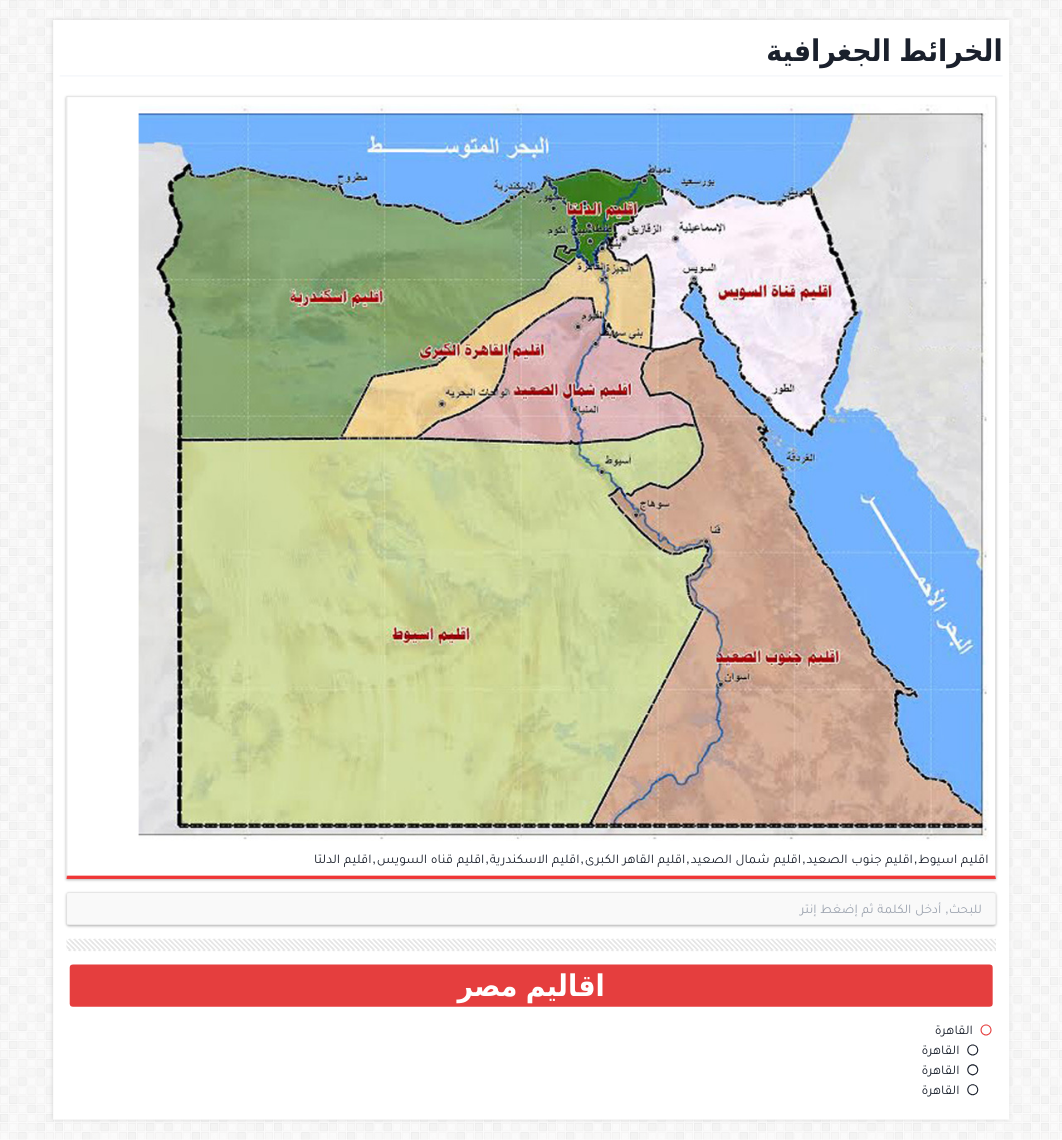
Repository: ahmed-mohamed-eng/egypt-gov-map
Page: /
These files come from the project's save history. The page is drawn as it stood at one moment and after the next save; the edit follows.
The browser window is 1280 px wide. The pictures show the whole page, at 83% of full size.
Some web fonts or font styles are not loaded; a fallback is used. The project was rebuilt for these pictures with package versions that can differ from the ones it lists, and the page was loaded fresh each time. The framework's server and built-in components were replaced by stand-ins that run in the browser. Also part of the build but not shown: next.config.js.

Above is the page before, as saved 2022-05-30 14:30:50.

### pages/_app.tsx
import "../styles/globals.css";

import type { AppProps } from "next/app";

import { ChakraProvider, extendTheme } from "@chakra-ui/react";

const theme = extendTheme({
  fonts: {
    heading: `Arial, Helvetica,"Aref Ruqaa" ,'Segoe UI', Tahoma, Geneva, Verdana, sans-serif`,
  },
});

function MyApp({ Component, pageProps }: AppProps) {
  return (
    <ChakraProvider theme={theme}>
      <Component {...pageProps} />
    </ChakraProvider>
  );
}

export default MyApp;

### pages/_document.tsx
import Document, {
  Html,
  Head,
  Main,
  NextScript,
  DocumentContext,
} from "next/document";

class MyDocument extends Document {
  static async getInitialProps(ctx: DocumentContext) {
    const initialProps = await Document.getInitialProps(ctx);
    return { ...initialProps };
  }

  render() {
    return (
      <Html dir="rtl" lang="ar">
        <Head />
        <body>
          <Main />
          <NextScript />
        </body>
      </Html>
    );
  }
}

export default MyDocument;

### pages/index.tsx
import type { NextPage } from "next";

// Custom Components
import Header from "../components/Header";
import PageContainer from "../components/PageContainer";
import MainContentArea from "../components/MainContentArea";

const Home: NextPage = () => {
  return (
    <PageContainer>
      <Header headerTitle="الخرائط الجغرافية" />
      <MainContentArea />
    </PageContainer>
  );
};

export default Home;

### styles/globals.css
@import url("https://fonts.googleapis.com/css2?family=Amiri:ital,wght@0,700;1,400;1,700&family=Aref+Ruqaa:wght@400;700&family=Tajawal:wght@300;400;500;700;800;900&display=swap");

@tailwind base;
@tailwind components;
@tailwind utilities;

html,
body {
  padding: 0;
  margin: 0;
  font-family: -apple-system, BlinkMacSystemFont, Segoe UI, Roboto, Oxygen,
    Ubuntu, Cantarell, Fira Sans, Droid Sans, Helvetica Neue, sans-serif;
}

a {
  color: inherit;
  text-decoration: none;
}

* {
  box-sizing: border-box;
  font-family: Arial, Helvetica, "Tajawal", "Aref Ruqaa", "Segoe UI", Tahoma,
    Geneva, Verdana, sans-serif;
}

### components/Header/index.tsx
export { Header as default } from "./Header";

### components/PageContainer/index.tsx
export { PageContainer as default } from "./PageContainer";

### components/MainContentArea/index.tsx
export { MainContentArea as default } from "./MainContentArea";

### components/Header/Header.tsx
import { Divider, Flex, Heading, VStack } from "@chakra-ui/react";

export interface HeaderProps {
  headerTitle: string;
}

export const Header = (props: HeaderProps) => {
  return (
    <VStack
      as="header"
      w="full"
      justifyContent="center"
      alignItems="center"
      fontSize="1.5rem"
      fontFamily="arabic"
      flex="1"
    >
      <Heading w="full" textAlign="right" as="h1">
        {props.headerTitle}
      </Heading>
      <Flex w="full">
        <Divider orientation="horizontal" />
      </Flex>
    </VStack>
  );
};

### components/PageContainer/PageContainer.tsx
import { Center, Flex, VStack } from "@chakra-ui/react";

// import bgImage from "../../images/backgroundImage.png";

export const PageContainer = (props: any) => {
  return (
    <Flex backgroundImage={`url(/images/backgroundImage.png)`}>
      <Center w="full" h="full" py="1.5rem">
        <VStack
          bgColor="white"
          width={["90vw"]}
          minH="95vh"
          boxShadow="0 0 5px #CACACA"
          py="1rem"
          px="0.5rem"
          spacing="1rem"
        >
          {props.children}
        </VStack>
      </Center>
    </Flex>
  );
};

### components/MainContentArea/MainContentArea.tsx
import { VStack } from "@chakra-ui/react";

// Custom Components.
import MapArea from "./MapArea";
import SearchBox from "./SearchBox";
import StripeSeparator from "./StripeSeparator";
import QuickNavigationArea from "./QuickNavigationArea";

export interface MainContentAreaProps {}

export const MainContentArea = () => {
  return (
    <VStack as="main" w="full" p="0.5rem" spacing="1rem" flex="14">
      <MapArea />
      <SearchBox placeholderTxt="للبحث, أدخل الكلمة ثم إضغط إنتر" />
      <StripeSeparator />
      <QuickNavigationArea />
    </VStack>
  );
};

### components/MainContentArea/MapArea/index.tsx
export { MapArea as default } from "./MapArea";

### components/MainContentArea/SearchBox/index.tsx
export { SearchBox as default } from "./SearchBox";

### components/MainContentArea/StripeSeparator/index.tsx
export { StripeSeparator as default } from "./StripeSeparator";

### components/MainContentArea/QuickNavigationArea/index.tsx
export { QuickNavigationArea as default } from "./QuickNavigationArea";

### components/MainContentArea/MapArea/MapArea.tsx
import { VStack } from "@chakra-ui/react";

// Custom Components.
import MapImage from "./MapImage";
import MapInfoDisplayedLinks from "./MapInfoDisplayedLinks";

// Constants.
import provinces from "../../../constants/provinces";

export const MapArea = () => {
  return (
    <VStack
      borderWidth="thin"
      borderColor="red.500"
      boxShadow="0 1px 3px 0 #b5b5b5"
      border="1px solid #DDD"
      borderBottom="4px solid #ef3636"
      p="0.5rem"
      w="full"
      spacing="0.5rem"
    >
      <MapImage />
      <MapInfoDisplayedLinks
        breadcrumbItems={provinces}
      />
    </VStack>
  );
};

### components/MainContentArea/SearchBox/SearchBox.tsx
import { Input } from "@chakra-ui/react";

export interface SearchBoxProps {
  placeholderTxt: string;
}

export const SearchBox = (props: SearchBoxProps) => {
  return (
    <Input
      w="full"
      backgroundColor="#F9F9F9"
      borderColor="#F1F1F1"
      borderTopColor="#DDD"
      borderBottomColor="#DDD"
      boxShadow="0 1px 3px 0 #B5B5B5"
      borderRadius="3px"
      placeholder={props.placeholderTxt}
    />
  );
};

### components/MainContentArea/StripeSeparator/StripeSeparator.tsx
import { Box } from "@chakra-ui/react";

export const StripeSeparator = () => {
  return <Box w="full" h="15px" bgImage="url(/images/stripe.png)"></Box>;
};

### components/MainContentArea/QuickNavigationArea/QuickNavigationArea.tsx
import { VStack, Heading } from "@chakra-ui/react";

import CitiesList from "./CitiesList";

export interface QuickNavigationAreaProps {
  quickNavTitle: string;
}

export const QuickNavigationArea = (props: QuickNavigationAreaProps) => {
  return (
    <VStack w="full" spacing="1rem" px="0.25rem">
      <Heading
        w="full"
        h="fit-content"
        borderRadius="0.25rem"
        color="white"
        bg="red.500"
        p="0.25rem"
        textAlign="center"
      >
        اقاليم مصر
      </Heading>
      <CitiesList
        list={[
          {
            provinceName: "القاهرة",
            url: "https://www.google.com",
            childItems: [
              {
                cityName: "القاهرة",
                url: "https://www.google.com/",
              },
              {
                cityName: "القاهرة",
                url: "https://www.google.com/",
              },
              {
                cityName: "القاهرة",
                url: "https://www.google.com/",
              },
            ],
          },
        ]}
      />
    </VStack>
  );
};

### components/MainContentArea/MapArea/MapImage/index.tsx
export { MapImage as default } from "./MapImage";

### components/MainContentArea/MapArea/MapInfoDisplayedLinks/index.tsx
export { MapInfoDisplayedLinks as default } from "./MapInfoDisplayedLinks";

### constants/provinces.ts
import { BreadcrumbElement } from "../components/MainContentArea/MapArea/MapInfoDisplayedLinks/MapInfoDisplayedLinks";

const provinces: Array<BreadcrumbElement> = [
  {
    text: "اقليم اسيوط",
    url: "#",
  },
  {
    text: "اقليم جنوب الصعيد",
    url: "#",
  },
  {
    text: "اقليم شمال الصعيد",
    url: "#",
  },
  {
    text: "اقليم القاهر الكبرى",
    url: "#",
  },
  {
    text: "اقليم الاسكندرية",
    url: "#",
  },
  {
    text: "اقليم قناه السويس",
    url: "#",
  },
  {
    text: "اقليم الدلتا",
    url: "#",
  },
];

export default provinces;

### components/MainContentArea/QuickNavigationArea/CitiesList/index.tsx
export { CitiesList as default } from "./CitiesList";

### components/MainContentArea/MapArea/MapImage/MapImage.tsx
import React from "react";

import { Flex, Image } from "@chakra-ui/react";

// Images Sources.
import mapImage from "../../../../images/Egypt_Provinces.jpg";

export const MapImage = () => {
  return (
    <Flex w="full">
      <Image mixBlendMode="multiply" src={mapImage.src} alt="Egypt Province Map" />
    </Flex>
  );
};

### components/MainContentArea/MapArea/MapInfoDisplayedLinks/MapInfoDisplayedLinks.tsx
import { v4 as uuidV4 } from "uuid";

import { Breadcrumb, BreadcrumbItem, BreadcrumbLink } from "@chakra-ui/react";

export type BreadcrumbElement = {
  url: string;
  text: string;
};

export interface MapInfoDisplayedLinksProps {
  breadcrumbItems: Array<BreadcrumbElement>;
}

export const MapInfoDisplayedLinks = (props: MapInfoDisplayedLinksProps) => {
  const breadcrumbItems = props.breadcrumbItems.map((item) => {
    return (
      <BreadcrumbItem key={uuidV4()}>
        <BreadcrumbLink
          maxW="fit-content"
          _hover={{
            textDecoration: "none",
            fontWeight: "600",
          }}
          href={item.url}
        >
          {item.text}
        </BreadcrumbLink>
      </BreadcrumbItem>
    );
  });

  return (
    <Breadcrumb spacing="1px" separator="," w="full">
      {breadcrumbItems}
    </Breadcrumb>
  );
};

### components/MainContentArea/QuickNavigationArea/CitiesList/CitiesList.tsx
import { v4 as uuidV4 } from "uuid";

import { List, ListItem, ListIcon } from "@chakra-ui/react";

import { BiCircle } from "react-icons/bi";

export type city = {
  cityName: string;
  url: string;
};

export type province = {
  provinceName: string;
  url: string;
  childItems: Array<city>;
};

export interface CitiesListProps {
  list: Array<province>;
}

export const CitiesList = (props: CitiesListProps) => {
  const items = props.list.map((item, parentIndex) => {
    return (
      <List key={uuidV4()}>
        <ListItem as="a" href={item.url}>
          <ListIcon as={BiCircle} color="red.500" fill="red.500" />
          {item.provinceName}
        </ListItem>
        {item.childItems.map((childItem) => {
          return (
            <List key={uuidV4()} pr={`${parentIndex + 1}rem`}>
              <ListItem as="a" href={childItem.url}>
                <ListIcon as={BiCircle} />
                {childItem.cityName}
              </ListItem>
            </List>
          );
        })}
      </List>
    );
  });
  return <List w="full">{items}</List>;
};

Loaded but not shown: tailwind.config.js (common file)

After the next save:
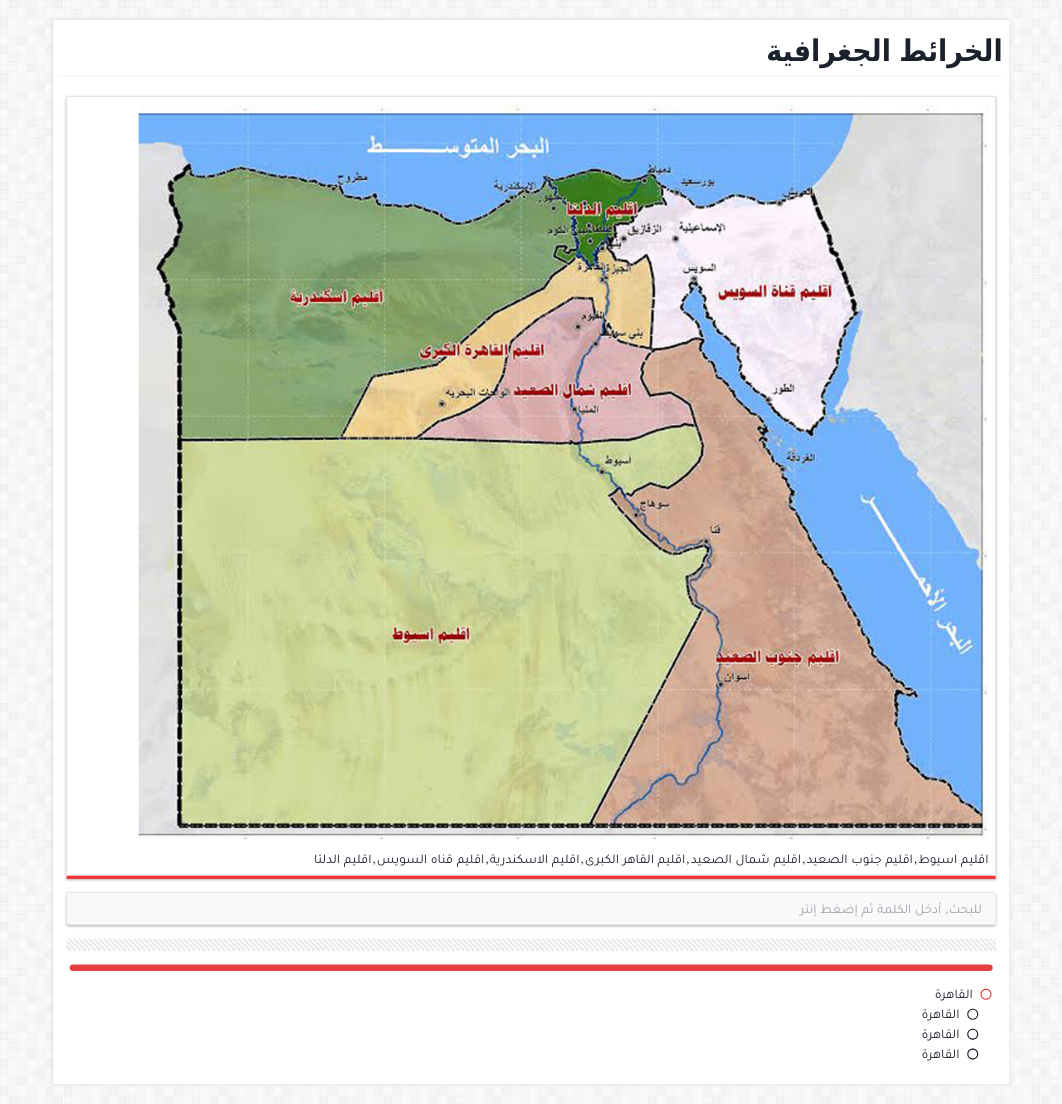
Saved 24 s later.
--- a/components/MainContentArea/QuickNavigationArea/QuickNavigationArea.tsx
+++ b/components/MainContentArea/QuickNavigationArea/QuickNavigationArea.tsx
@@ -18,7 +18,7 @@ export const QuickNavigationArea = (props: QuickNavigationAreaProps) => {
         p="0.25rem"
         textAlign="center"
       >
-        اقاليم مصر
+        {props.quickNavTitle}
       </Heading>
       <CitiesList
         list={[
